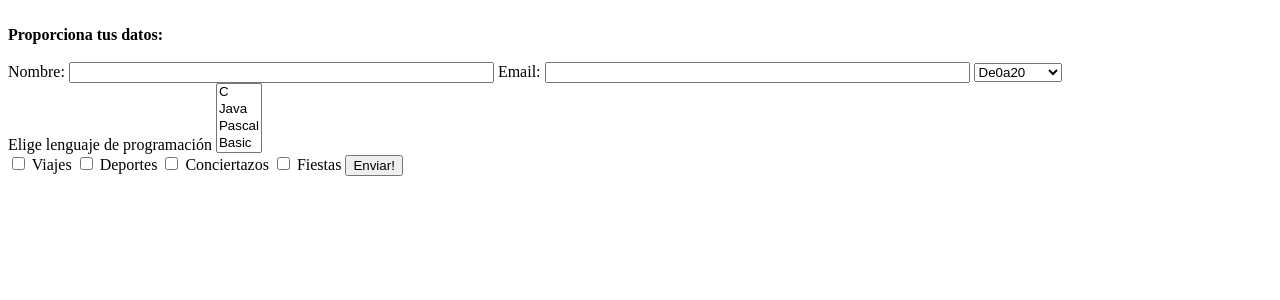
Repository: ebaglio/trabajophp
Page: http://localhost/ejercicioformularios.php
These files come from the project's save history. The page is drawn as it stood at one moment and after the next save; the edit follows.
The browser window is 1280 px wide. The pictures show the whole page.
The page is run by PHP 8.4 with error messages shown; the project is at /var/www/html/.

Above is the page before, as saved 2012-05-04 10:36:49.

### curso1/ejercicioformularios.php
<html>
<head>
        <title>Formulario datos personales</title>
<head>
<body>
 <br />
<b>Proporciona tus datos:</b><br /><br />
<form method="post" action="<?= $_SERVER['PHP_SELF'] ?>">
<td>Nombre:</td><td> <input type=\"text\" name=\"name\" size=50></td>
<td>Email:</td><td> <input type=\"text\" name=\"name\" size=50></td>
<tr>
<select name=\"Edad\">
        <option value=\"De0a20\" selected>De0a20</option>
    <option value=\"De 20 a 60\">De 20 a 60</option>
    </select>
</tr>
<br>
<tr> Elige lenguaje de programación
	<select multiple name=\"lenguajes[]\">
   <option value=\"C\">C</option>
   <option value=\"Java\">Java</option>
   <option value=\"Pascal\">Pascal</option>
   <option value=\"Basic\">Basic</option>
</select><br>
</tr>
<tr>
	<input type="checkbox" name="viajes" value="on" /> Viajes
	<input type="checkbox" name="deportes" value="on" /> Deportes
	<input type="checkbox" name="conciertazos" value="on" /> Conciertazos
	<input type="checkbox" name="fiestas" value="on" /> Fiestas
</tr>
<input name="send" type="submit" id="send" value="Enviar!">

</form>









</body>
</html>

After the next save:
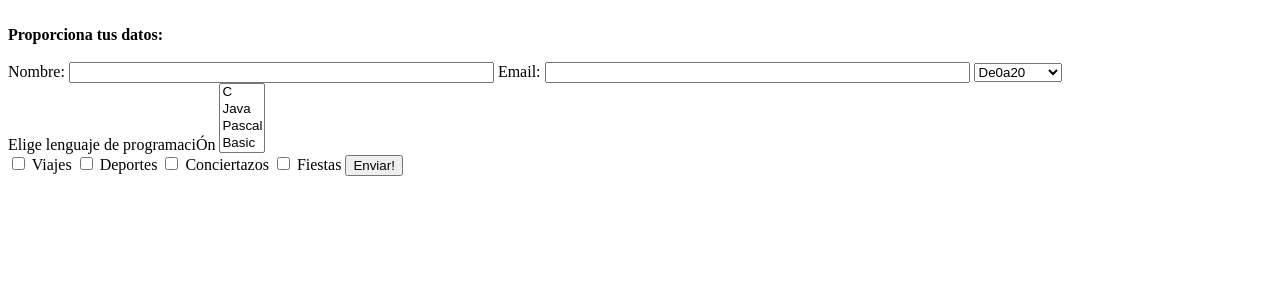
Saved 24 s later.
--- a/curso1/ejercicioformularios.php
+++ b/curso1/ejercicioformularios.php
@@ -15,7 +15,7 @@
     </select>
 </tr>
 <br>
-<tr> Elige lenguaje de programación
+<tr> Elige lenguaje de programaci&Oacute;n
 	<select multiple name=\"lenguajes[]\">
    <option value=\"C\">C</option>
    <option value=\"Java\">Java</option>
